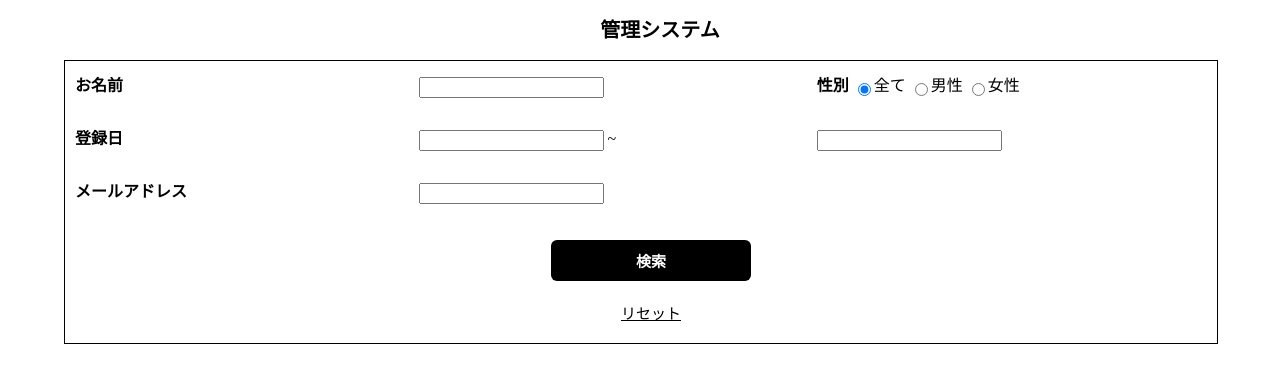
Repository: masanarimiura/20220723_miura_advance_test
Page: http://localhost/manage
These files come from the project's save history. The page is drawn as it stood at one moment and after the next save; the edit follows.
The browser window is 1280 px wide. The pictures show the whole page.
The page is served by the project's Laravel application, run on PHP 8.4 with Laravel 8.

Above is the page before, as saved 2022-07-19 20:29:03.

After the next save:
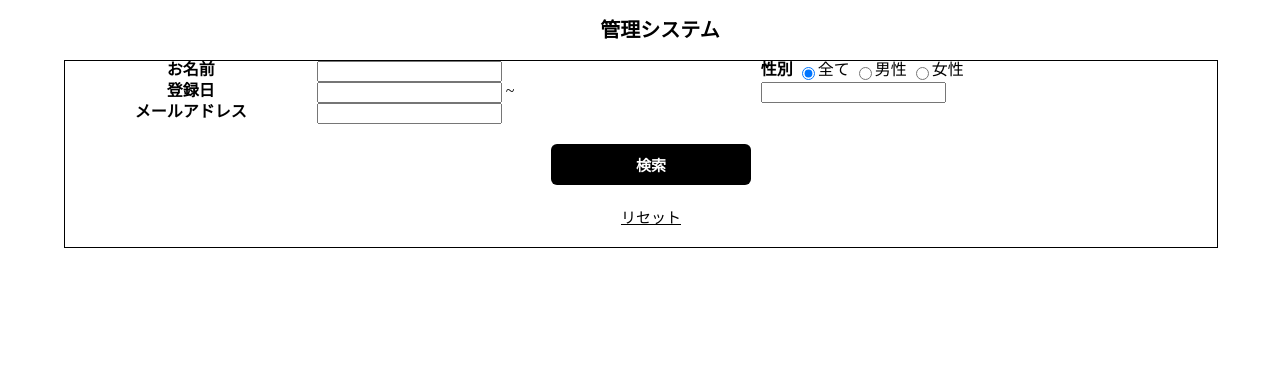
Saved 35 s later.
--- a/resources/views/manage.blade.php
+++ b/resources/views/manage.blade.php
@@ -122,7 +122,7 @@
 .system form table {
   width: 100%;
 }
-.system form table tr th {
+/* .system form table tr th {
   width: 30%;
   font-weight: bold;
   text-align: left;
@@ -130,7 +130,7 @@
 }
 .system form table tr td {
   padding: 1em .5em;
-}
+} */
 
 
 

After the 2 saves that followed:
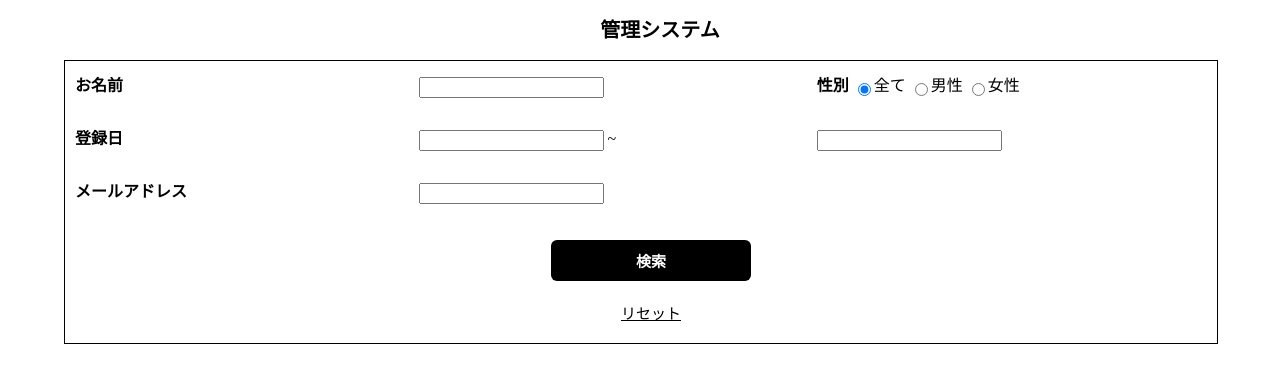
The 2 saves are shown as one change because they came seconds apart.
The last was saved 26 s later.
--- a/resources/views/manage.blade.php
+++ b/resources/views/manage.blade.php
@@ -122,7 +122,7 @@
 .system form table {
   width: 100%;
 }
-/* .system form table tr th {
+.system form table tr th {
   width: 30%;
   font-weight: bold;
   text-align: left;
@@ -130,7 +130,7 @@
 }
 .system form table tr td {
   padding: 1em .5em;
-} */
+}
 
 
 
